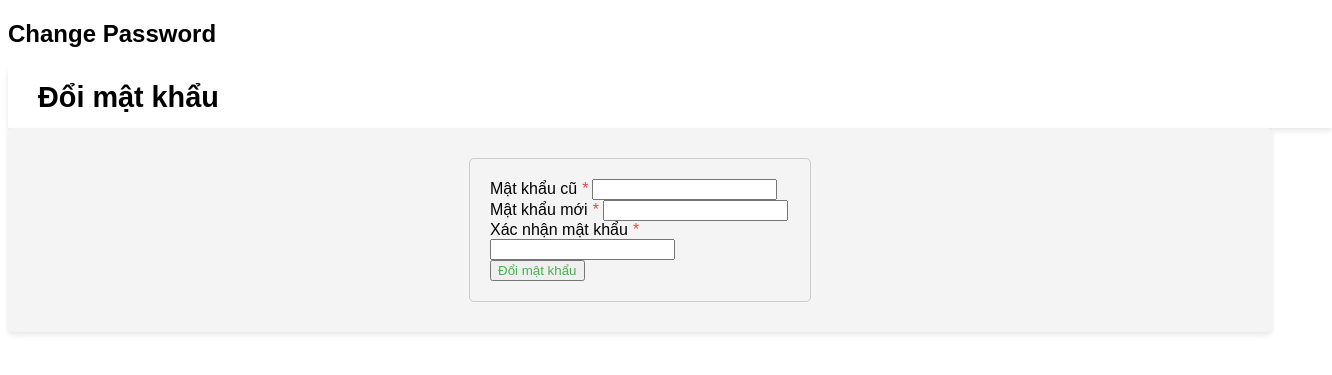
Repository: TuanAnhNguyen723/DanhGiaKIemDinh
Page: http://localhost/phpmailer/changepass.php
The author's editor kept a copy of each file at every save. The page is drawn from the files as they stood at one save, then again after the next save.
The browser window is 1280 px wide. The page is 1332 px wide, then 1280 px, so the pictures cover 1332 px, including what lies to the right of the window. The pictures show the whole page.
The page is run by PHP 8.4 with error messages shown; the project is at /var/www/html/.

Above is the page before, as saved 2024-05-24 11:01:45.

### changepass.php
<!DOCTYPE html>
<html lang="en">
<head>
<meta charset="UTF-8">
<meta name="viewport" content="width=device-width, initial-scale=1.0">
<title>Change Password</title>
<style>
    body {
        font-family: Arial, sans-serif;
    }

    .box-dashboard {
  box-sizing: border-box;
  padding: 30px;
  background-color: #f4f4f4;
  box-shadow: 0px 3px 5px 0px rgba(204, 204, 204, 0.4509803922);
  border-radius: 5px;
}

.dashboard-title {
  width: 100%;
  padding: 0 30px;

  display: flex;
  align-items: center;
  height: 60px;
  font-size: 1.8em;
  font-weight: 600;
  box-shadow: 0px 3px 5px 0px rgba(204, 204, 204, 0.4509803922);
  background-color: #fff;
}

.text-red {
  color: #ef4444;
}

.btn {
    color : #4caf50;
}

    form {
        width: 300px;
        margin: auto;
        padding: 20px;
        border: 1px solid #ccc;
        border-radius: 5px;
    }
    input[type="password"],
    input[type="submit"] {
        display: block;
        width: 100%;
        padding: 8px;
        margin-bottom: 10px;
        border: 1px solid #ccc;
        border-radius: 4px;
        box-sizing: border-box;
    }
    input[type="submit"] {
        background-color: #4CAF50;
        color: white;
        cursor: pointer;
    }
    input[type="submit"]:hover {
        background-color: #45a049;
    }
</style>
</head>
<body>

<h2>Change Password</h2>

<main class="main-dashboard">
      <div class="dashboard-title">Đổi mật khẩu</div>
      <main class="page">
        <div class="box-dashboard">
          <form method="post">

            <div class="mb-3">
              <label for="exampleInputPass1" class="form-label"
                >Mật khẩu cũ
                <i class="text-red">*</i>
              </label>
              <input
                type="text"
                name="oldPass"
                class="form-control"
                id="exampleInputPass1"
                required
              />
            </div>

            <div class="mb-3">
              <label for="exampleInputNewPass1" class="form-label"
                >Mật khẩu mới
                <i class="text-red">*</i>
              </label>
              <input
                type="text"
                name="newPass"
                class="form-control"
                id="exampleInputNewPass1"
                required
              />
            </div>

            <div class="mb-3">
              <label for="exampleInputConfirm" class="form-label">
                Xác nhận mật khẩu
                <i class="text-red">*</i>
              </label>
              <input
                type="text"
                name="confirm"
                class="form-control"
                id="exampleInputConfirm"
                required
              />
            </div>

            <button type="submit" class="btn btn-primary">Đổi mật khẩu</button>
          </form>
        </div>
      </main>
    </main>

</body>
</html>

After the next save:
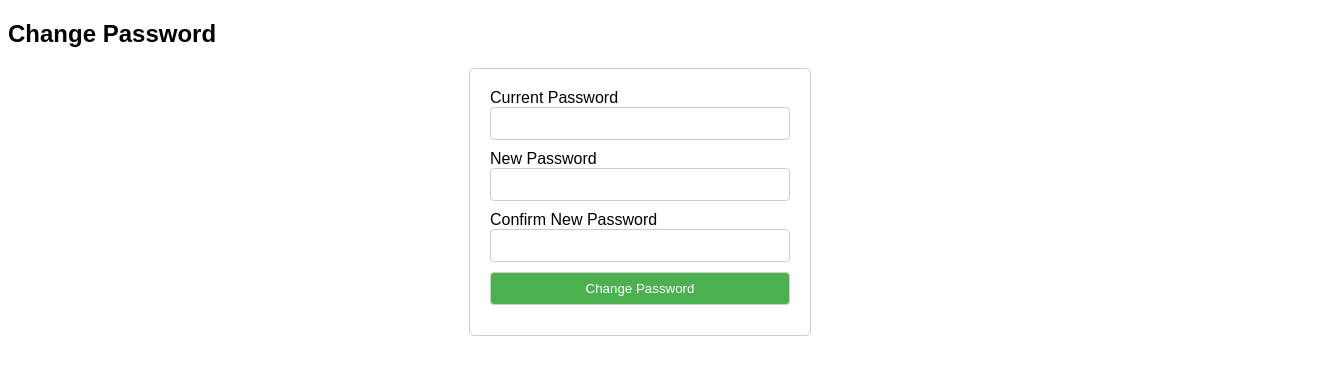
Saved 15 s later.
--- a/changepass.php
+++ b/changepass.php
@@ -8,36 +8,6 @@
     body {
         font-family: Arial, sans-serif;
     }
-
-    .box-dashboard {
-  box-sizing: border-box;
-  padding: 30px;
-  background-color: #f4f4f4;
-  box-shadow: 0px 3px 5px 0px rgba(204, 204, 204, 0.4509803922);
-  border-radius: 5px;
-}
-
-.dashboard-title {
-  width: 100%;
-  padding: 0 30px;
-
-  display: flex;
-  align-items: center;
-  height: 60px;
-  font-size: 1.8em;
-  font-weight: 600;
-  box-shadow: 0px 3px 5px 0px rgba(204, 204, 204, 0.4509803922);
-  background-color: #fff;
-}
-
-.text-red {
-  color: #ef4444;
-}
-
-.btn {
-    color : #4caf50;
-}
-
     form {
         width: 300px;
         margin: auto;
@@ -69,59 +39,18 @@
 
 <h2>Change Password</h2>
 
-<main class="main-dashboard">
-      <div class="dashboard-title">Đổi mật khẩu</div>
-      <main class="page">
-        <div class="box-dashboard">
-          <form method="post">
+<form action="changepass.php" method="post">
+    <label for="current_password">Current Password</label>
+    <input type="password" id="current_password" name="current_password" required>
 
-            <div class="mb-3">
-              <label for="exampleInputPass1" class="form-label"
-                >Mật khẩu cũ
-                <i class="text-red">*</i>
-              </label>
-              <input
-                type="text"
-                name="oldPass"
-                class="form-control"
-                id="exampleInputPass1"
-                required
-              />
-            </div>
+    <label for="new_password">New Password</label>
+    <input type="password" id="new_password" name="new_password" required>
 
-            <div class="mb-3">
-              <label for="exampleInputNewPass1" class="form-label"
-                >Mật khẩu mới
-                <i class="text-red">*</i>
-              </label>
-              <input
-                type="text"
-                name="newPass"
-                class="form-control"
-                id="exampleInputNewPass1"
-                required
-              />
-            </div>
+    <label for="confirm_new_password">Confirm New Password</label>
+    <input type="password" id="confirm_new_password" name="confirm_new_password" required>
 
-            <div class="mb-3">
-              <label for="exampleInputConfirm" class="form-label">
-                Xác nhận mật khẩu
-                <i class="text-red">*</i>
-              </label>
-              <input
-                type="text"
-                name="confirm"
-                class="form-control"
-                id="exampleInputConfirm"
-                required
-              />
-            </div>
-
-            <button type="submit" class="btn btn-primary">Đổi mật khẩu</button>
-          </form>
-        </div>
-      </main>
-    </main>
+    <input type="submit" value="Change Password">
+</form>
 
 </body>
 </html>
